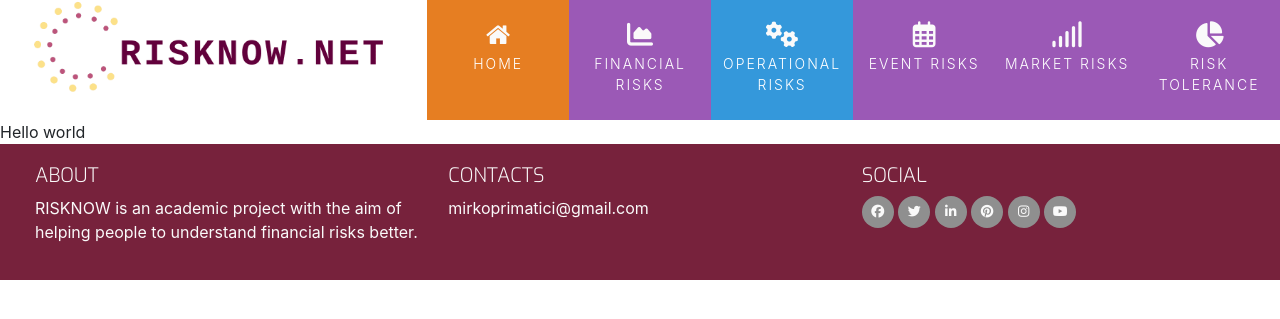
Repository: mirkoprimaticix/risknow.net
Page: index.html
The author's editor kept a record of every edit. The page is drawn from the files as they stood at one moment, then again after the next edit.
The browser window is 1280 px wide. The pictures show the whole page.
Some web libraries are served in a nearby version.

Above is the page before.
Console error: TypeError: Cannot read properties of undefined (reading 'fn')

### index.html
<!DOCTYPE html>
<html lang="en">
<head>
    <meta charset="UTF-8">
    <meta name="viewport" content="width=device-width, initial-scale=1.0">
    <meta http-equiv="X-UA-Compatible" content="ie=edge">
    <link rel="stylesheet" href="https://stackpath.bootstrapcdn.com/bootstrap/4.3.1/css/bootstrap.min.css" integrity="sha384-ggOyR0iXCbMQv3Xipma34MD+dH/1fQ784/j6cY/iJTQUOhcWr7x9JvoRxT2MZw1T" crossorigin="anonymous">
    <script src="https://stackpath.bootstrapcdn.com/bootstrap/4.3.1/js/bootstrap.min.js" integrity="sha384-JjSmVgyd0p3pXB1rRibZUAYoIIy6OrQ6VrjIEaFf/nJGzIxFDsf4x0xIM+B07jRM" crossorigin="anonymous"></script>
    <link rel="stylesheet" href="https://cdnjs.cloudflare.com/ajax/libs/hover.css/2.1.1/css/hover-min.css" type="text/css" />
    <link rel="stylesheet" href="assets/css/style.css" type="text/css" />
    <script src="https://kit.fontawesome.com/079103ba7f.js"></script>
    <link rel="stylesheet" href="https://stackpath.bootstrapcdn.com/font-awesome/4.7.0/css/font-awesome.min.css" type="text/css" />

    <title>RISKNOW</title>
</head>
<body>
    <header>
        <div class = "row no-gutters">
            <a href="index.html" class = "col-md-4 logo">

            </a>
            <div class="col-md-8">
                <div class="row no-gutters">
                    <div class="col">
                        <ul id="nav" class="list-inline menucontainer">
                            <li class="col-6 col-sm-2 list-inline-item ui-menu-color-home menuitem">
                                <a href="index.html" class="hvr-sweep-to-bottom"><i class="fa fa-home" aria-hidden="true"></i><span>Home</span></a>
                            </li>
                            <li class="col-6 col-sm-2 list-inline-item ui-menu-color-fr menuitem">
                                <a href="resume.html" class="hvr-sweep-to-bottom"><i class="fas fa-chart-area" aria-hidden="true"></i><span>Financial Risks</span></a>
                            </li>
                            <li class="col-6 col-sm-2 list-inline-item ui-menu-color-or menuitem">
                                <a href="contact.html" class="hvr-sweep-to-bottom"><i class="fas fa-cogs" aria-hidden="true"></i><span>Operational Risks</span></a>
                            </li>
                            <li class="col-6 col-sm-2 list-inline-item ui-menu-color-er menuitem">
                                <a href="assets/cv/cv-mirko.pdf" target="_blank" class="hvr-sweep-to-bottom"><i class="far fa-calendar-alt" aria-hidden="true"></i><span>Event Risks</span></a>
                            </li>
                            <li class="col-6 col-sm-2 list-inline-item ui-menu-color-mr menuitem">
                                <a href="contact.html" class="hvr-sweep-to-bottom"><i class="fas fa-signal" aria-hidden="true"></i><span>Market Risks</span></a>
                            </li>
                            <li class="col-6 col-sm-2 list-inline-item ui-menu-color-rt menuitem">
                                <a href="contact.html" class="hvr-sweep-to-bottom"><i class="fas fa-chart-pie" aria-hidden="true"></i><span>Risk Tolerance</span></a>
                            </li>
                        </ul>
                    </div>
                </div>
            </div>
        </div>
    </header>

    <section>
        Hello world
    </section>



    <footer class="container-fluid">
        <div id="footer-details" class="row">
            <div class="col-sm-4">
                <h5 class="uppercase general-sub">About</h5>
                <p class="inline-block">
                    RISKNOW is an academic project with the aim of helping people to understand financial risks better.
                </p>
            </div>
            <div class="col-sm-4">
                <h5 class="uppercase general-sub">Contacts</h5>
                <p class="inline-block">
                    mirkoprimatici@gmail.com
                </p>
            </div>
            <div class="col-sm-4">
                <h5 class="uppercase general-sub">Social</h5>
                <ul class="list-inline social-links">
                    <li class="list-inline-item">
                        <a target="_blank" href="#">
                            <i class="fa fa-facebook" aria-hidden="true"></i>
                            <span class="sr-only">Facebook</span>
                        </a>
                    </li>
                    <li class="list-inline-item">
                        <a target="_blank" href="#">
                            <i class="fa fa-twitter" aria-hidden="true"></i>
                            <span class="sr-only">Twitter</span>
                        </a>
                    </li>
                    <li class="list-inline-item">
                        <a target="_blank" href="#">
                            <i class="fa fa-linkedin" aria-hidden="true"></i>
                            <span class="sr-only">LinkedIn</span>
                        </a>
                    </li>
                    <li class="list-inline-item">
                        <a target="_blank" href="#">
                            <i class="fa fa-pinterest" aria-hidden="true"></i>
                            <span class="sr-only">Pinterest</span>
                        </a>
                    </li>
                    <li class="list-inline-item">
                        <a target="_blank" href="#">
                            <i class="fa fa-instagram" aria-hidden="true"></i>
                            <span class="sr-only">Instagram</span>
                        </a>
                    </li>
                    <li class="list-inline-item">
                        <a target="_blank" href="#">
                            <i class="fa fa-youtube" aria-hidden="true"></i>
                            <span class="sr-only">YouTube</span>
                        </a>
                    </li>
                </ul>
            </div>
        </div>
    </footer>
</body>
</html>

### assets/css/style.css
@import url('https://fonts.googleapis.com/css?family=Roboto:100,200,300,400,500,600,700|Exo:100,200,300,400,500,600,700');

/*--------------------------------------------Colors*/

.bg-color-name-title {
    background-color: #676767;
}

.bg-color-three-reasons {
    background-color: #fff;
}

.bg-color-personal-info {
    background-color: #f4f4f4;
}

.bg-color-work-history {
    background-color: #9b59b6;
}

.bg-color-contact {
    background-color: #fff;
}

.ui-menu-color-home {
    background-color: #e67e22;
}

.ui-menu-color-fr {
    background-color: #9b59b6;
}

.ui-menu-color-or {
    background-color: #3498db;
}

.ui-menu-color-er {
    background-color: #9b59b6;
}

.ui-menu-color-mr {
    background-color: #9b59b6;
}

.ui-menu-color-rt {
    background-color: #9b59b6;
}

.row-table {
    display: table;
}

.section-column {
    display: table-cell;
    padding: 0 30px 30px;
    float: none;
}

.section-heading {
    font-family: "Exo", sans-serif;
    font-weight: 300;
    margin-top: 25px;
    margin-bottom: 40px;
}

/* ----------------------------------------Special paddings/margins/text */

h1,
h2,
h3,
h4 {
    margin: 0;
}

.uppercase {
    text-transform: uppercase;
}

.general-sub {
    font-family: "Exo", sans-serif;
    font-weight: 300;
    color: #fafafa;
}

.inline-block {
    display: inline-block;
}

.row-table {
    display: table;
}

.section-column {
    display: table-cell;
    padding: 0 30px 30px;
    float: none;
}

.history-heading,
.section-heading {
    font-family: "Exo", sans-serif;
    font-weight: 300;
    margin-top: 25px;
    margin-bottom: 40px;
}

/*--------------------------------------------Heading*/

header {
    margin: 0;
}

.heading {
    margin-left: 50px;
}


.logo {
    background: url("../images/logo.png");
    background-position: center;
    background-repeat: no-repeat;
    background-size: cover;
    min-height: 120px;
    transition: all .5s ease-in-out;
    -moz-transition: all .5s ease-in-out;
    -webkit-transition: all .5s ease-in-out;
}

.name {
    font-family: "Exo", sans-serif;
    font-weight: 100;
    font-size: 46px;
    margin-top: 50px;
    color: #fff;
}

.title {
    font-family: "Roboto", sans-serif;
    font-weight: 200;
    font-size: 28px;
    margin-top: 20px;
    margin-bottom: 90px;
    color: #fff;
}

.list-inline-item:not(:last-child) {
    margin: 0;
}

.menucontainer {
    font-size: 0;
}

#nav li {
    font-size: 14px;
    padding: 0;
}

#nav {
    margin: 0;
}

.menuitem {
    height: 120px;
    text-align: center;
    padding: 0;
}

.menuitem a {
    width: 100%;
    text-decoration: none;
    color: #fff;
    height: 120px;
}

.menuitem a i {
    padding-top: 22px;
    display: block;
    color: #fafafa;
    font-size: 26px;
}

.menuitem span {
    display: block;
    width: 100%;
    padding-top: 5px;
    text-align: center;
    text-transform: uppercase;
    font-size: 14px;
    font-weight: 300;
    letter-spacing: 2px;
}

/*--------------------------------------------Hover.css*/

.hvr-sweep-to-bottom:before {
    background: rgba(0, 0, 0, 0.2);
    height: 120px;
}

/* ----------------------------------------Footer */

footer {
    background-color: #77223C;
    color: #fafafa;
    min-height: 120px;
    margin: 0;
}

.social-links {
    padding-bottom: 15px;
}

.social-links li a i {
    width: 32px;
    height: 32px;
    padding: 12px 0;
    border-radius: 50%;
    font-size: 13px;
    line-height: 7px;
    text-align: center;
    color: #fafafa;
    background: #8f8f8f;
    transition: all 0.35s ease-in-out;
    -moz-transition: all 0.35s ease-in-out;
    -webkit-transition: all 0.35s ease-in-out;
    -o-transition: all 0.35s ease-in-out;
}

.social-links li a i:hover {
    background: #A4FFFA;
}

#footer-details {
    padding: 20px;
}

/* ----------------------------------------Three Reasons */

.three-reasons-icon {
    font-size: 26px;
    color: #e67e22;
}

.three-reasons-heading {
    margin-bottom: 15px;
}

/* ----------------------------------------Personal Info */

.personal-info-item {
    margin-bottom: 20px;
    display: block;
    clear: both;
}

.personal-info-item .key,
.personal-info-item .value {
    padding-right: 8px;
    display: inline-block;
}

.personal-info-item .key p,
.personal-info-item .value p {
    margin: 0;
}

.personal-info-item .key {
    width: 30%;
    margin-right: 21px;
    padding-top: 2px;
    vertical-align: top;
}

.personal-info-item .key p {
    font-weight: 700;
}

.personal-info-item .value {
    position: relative;
    width: 60%;
}

/* ----------------------------------------Skills */

.progress {
    position: relative;
    height: 25px;
    margin-bottom: 4px;
}

.progress-type {
    position: absolute;
    left: 0px;
    font-weight: 400;
    padding: 3px 30px 2px 10px;
    color: #fafafa;
    background-color: rgba(25, 25, 25, 0.2);
}

.progress-section {
    margin: 40px 20px;
}

/* ----------------------------------------Work History */

.history-heading {
    color: #fafafa;
    margin-bottom: 50px;
}

.timeline-item {
    padding: 4em 2em 0em 2em;
    position: relative;
    color: #fafafa;
    border-left: 1px solid;
}

.timeline-item p {
    padding: 0;
    margin: 0;
}

.timeline-item:before {
    content: attr(data-dates);
    position: absolute;
    left: 2.5em;
    top: 3em;
    display: block;
    font-family: "Exo", sans-serif;
    font-weight: 500;
    font-size: 0.8em;
    padding: 0;
    margin: 0;
}

.timeline-item:after {
    width: 12px;
    height: 12px;
    display: block;
    top: 2.4em;
    position: absolute;
    left: -6px;
    border-radius: 12px;
    content: '';
    background: #fafafa;
}

.history-items {
    margin-bottom: 30px;
}

/* ----------------------------------------Contact Form */

.contact-heading {
    font-family: "Exo", sans-serif;
    font-weight: 300;
    margin-top: 25px;
    margin-bottom: 20px;
}

.center-form {
    padding-top: 10px;
    margin: 0 auto;
    max-width: 70%;
}

button[type="submit"] {
    margin-top: 15px;
    margin-bottom: 20px;
    color: #fafafa;
    background-color: #e84610;
}

/* ----------------------------------------Media Queries */

@media(min-width: 992px) {
    .center-form {
        padding-top: 30px;
        min-height: 240px;
        margin: 0 auto;
        max-width: 50%;
    }
}

After the next edit:
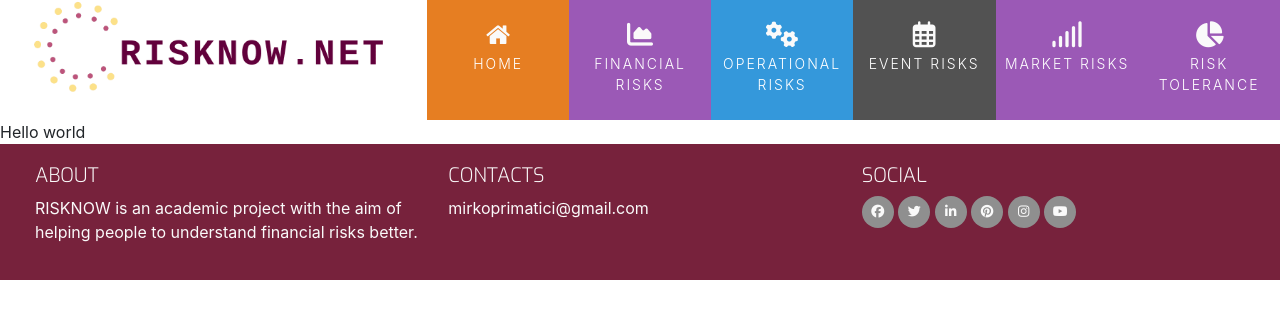
The edit:
--- a/assets/css/style.css
+++ b/assets/css/style.css
@@ -35,7 +35,7 @@
 }
 
 .ui-menu-color-er {
-    background-color: #9b59b6;
+    background-color: #525252;
 }
 
 .ui-menu-color-mr {
